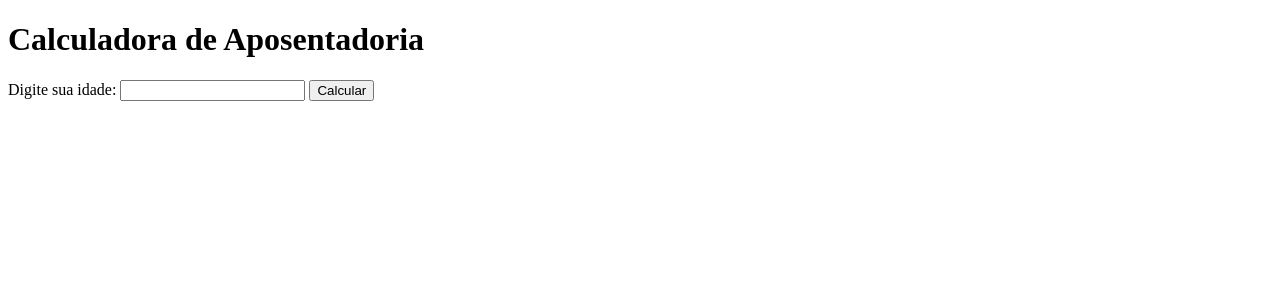
Repository: Gabrielb0rn/Java-script.io
Page: 19aula 1208/index.html
These files come from the project's save history. The page is drawn as it stood at one moment and after the next save; the edit follows.
The browser window is 1280 px wide. The pictures show the whole page.

Above is the page before, as saved 2024-08-12 08:31:06.

After the next save:
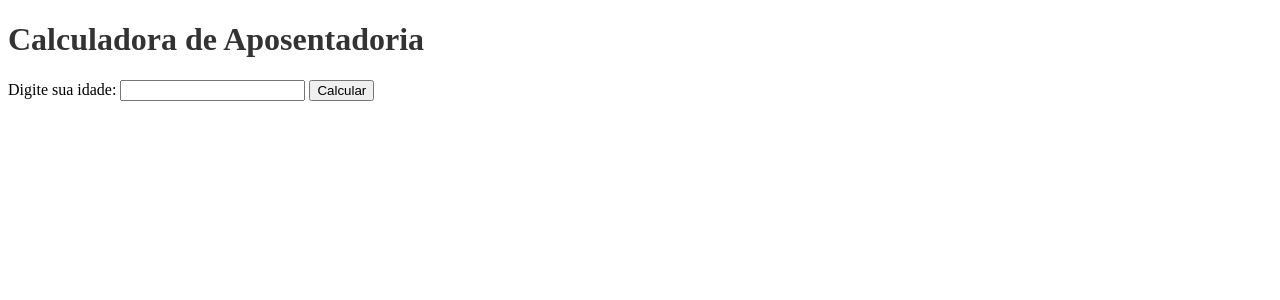
Saved 7 s later.
--- a/19aula 1208/assets/style.css
+++ b/19aula 1208/assets/style.css
@@ -1 +1,94 @@
 Estilo de um site simples
+
+
+body {
+    background-color: #f0f0f0;
+    font-family: Arial, sans-serif;
+    margin: 0;
+    padding: 0;
+}
+
+header {
+    background-color: #333;
+    color: #fff;
+    padding: 20px;
+    text-align: center;
+}
+
+nav {
+    background-color: #eee;
+    padding: 10px;
+    text-align: center;
+}
+
+nav a {
+    color: #333;
+    text-decoration: none;
+    margin: 0 10px;
+}
+
+main {
+    padding: 20px;
+}
+
+footer {
+    background-color: #333;
+    color: #fff;
+    padding: 10px;
+    text-align: center;
+    position: fixed;
+    bottom: 0;
+    width: 100%;
+}
+
+.container {
+    width: 80%;
+    margin: 0 auto;
+}
+
+h1, h2, h3 {
+    color: #333;
+}
+
+p {
+    line-height: 1.6;
+}
+
+.button {
+    background-color: #4CAF50;
+    color: white;
+    padding: 10px 20px;
+    border: none;
+    border-radius: 5px;
+    cursor: pointer;
+}
+
+.button:hover {
+    background-color: #45a049;
+}
+
+.image {
+    width: 100%;
+    height: auto;
+    display: block;
+    margin: 0 auto;
+}
+.container {
+    width: 80%;
+    margin: 0 auto;
+}
+
+h1, h2, h3 {
+    color: #333;
+}
+
+p {
+    line-height: 1.6;
+}
+
+.button {
+    background-color: #4CAF50;
+    color: white;
+    padding: 10px 20px;
+    border: none;
+    border-radius: 5px;
